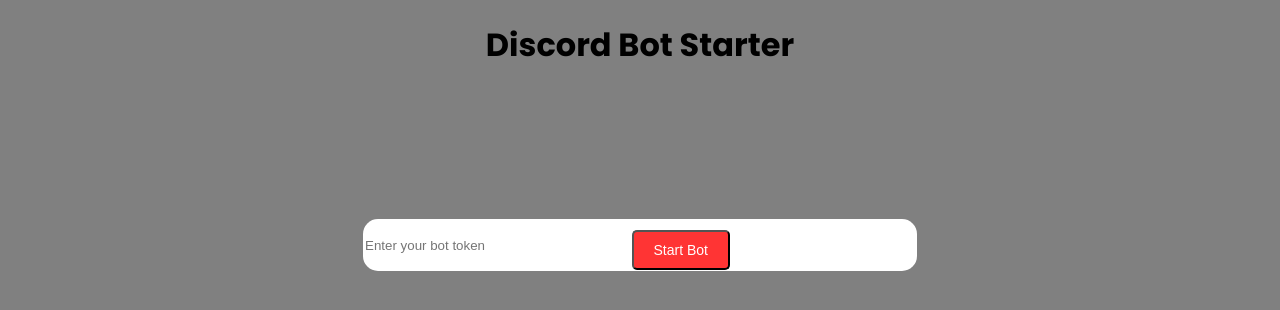
Repository: ranger2202/discord-bot-panel
Page: ranger-bot-runner/app/templates/landing.html
The author's editor kept a copy of each file at every save. The page is drawn from the files as they stood at one save, then again after the next save.
The browser window is 1280 px wide. The pictures show the whole page.

Above is the page before, as saved 2023-12-30 12:13:02.

### ranger-bot-runner/app/templates/landing.html
<!DOCTYPE html>
<html lang="en">
<head>
    <meta charset="UTF-8">
    <meta name="viewport" content="width=device-width, initial-scale=1.0">
    <link rel="stylesheet" href="./../static/landing.css">
    <link rel="preconnect" href="https://fonts.googleapis.com">
    <link rel="preconnect" href="https://fonts.gstatic.com" crossorigin>
    <link href="https://fonts.googleapis.com/css2?family=Poppins:wght@400;500;600;700&display=swap" rel="stylesheet">
    <title>Discord Bot Starterqwrqwr</title>
</head>
<body>
    <h1 class="bot-header">Discord Bot Starter</h1>
    <div class="bot-token">
        <input class="bot-token-password" type="password" id="token" placeholder="Enter your bot token">
    </div>
    <div class="start-button">
        <button class="start-button" onclick="startBot()">Start Bot</button>
    </div>


    <script type="text/javascript" src="./../static/js/app.js"></script>
</body>
</html>

### ranger-bot-runner/app/static/landing.css
body {
    background-color: grey;
    padding: 0;
    margin: 0;
    font-family: 'Poppins', sans-serif;
}
.start-button button{
    position: absolute;
    right: 550px;
    top: 230px;
    display: inline-block;
    padding: 10px 20px;
    font-size: 14px;
    text-decoration: none;
    color: #ffffff;
    background-color: #FF3434;
    border-radius: 5px;
    transition: background-color 0.3s ease-in-out;
}
.bot-header{
    display: flex;
    justify-content: center;
}
.bot-token{
    display: flex;
    justify-content: center;
    margin-top: 150px;
}
.bot-token-password{
    width: 550px;
    height: 50px;
    border-radius: 15px;
    color: #000;
    border: none;

}

### ranger-bot-runner/app/static/js/app.js
function startBot() {
  var token = document.getElementById('token').value;
  fetch('/start_bot', {
      method: 'POST',
      headers: {
          'Content-Type': 'application/json',
      },
      body: JSON.stringify({ bot_token: token }),  // Adjusted to match server expectation
  })
  .then(response => response.json())
  .then(data => {
      alert(data.message);  // Display the server response message
  })
  .catch(error => {
      alert('There was an error somewhere.');
  });
}

After the next save:
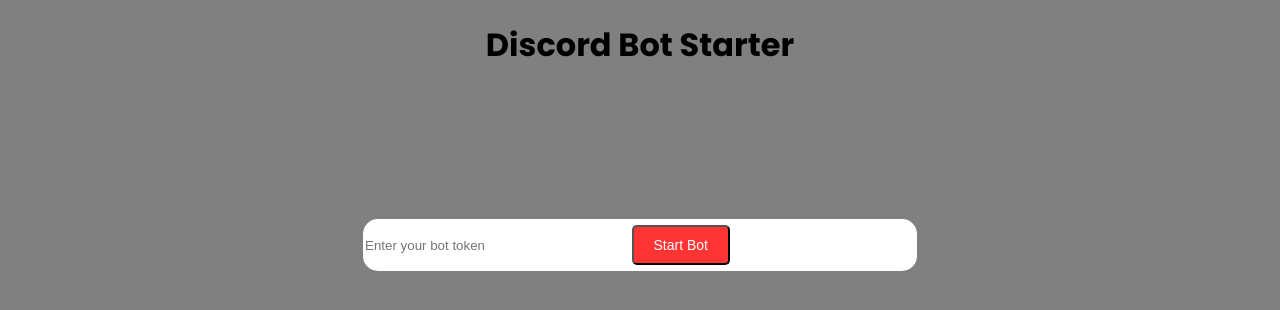
Saved 4 s later.
--- a/ranger-bot-runner/app/static/landing.css
+++ b/ranger-bot-runner/app/static/landing.css
@@ -7,7 +7,7 @@
 .start-button button{
     position: absolute;
     right: 550px;
-    top: 230px;
+    top: 225px;
     display: inline-block;
     padding: 10px 20px;
     font-size: 14px;
